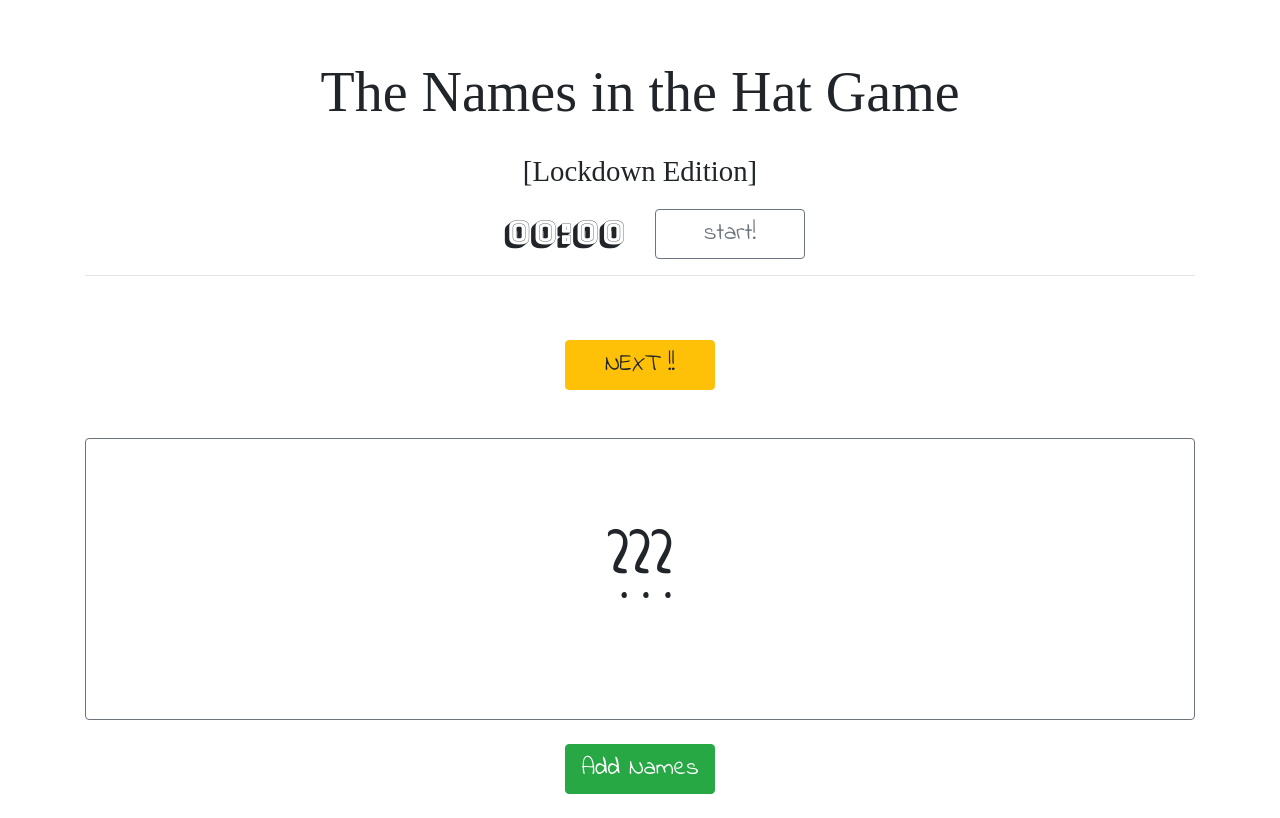
Repository: TaylorD1982/randomizer
Page: index.html
The author's editor kept a record of every edit. The page is drawn from the files as they stood at one moment, then again after the next edit.
The browser window is 1280 px wide. The pictures show the whole page.
Some web fonts or font styles are not loaded; a fallback is used. Some web libraries are served in a nearby version.

Above is the page before.
Console error: TypeError: Cannot read properties of null (reading 'addEventListener')

### index.html
<!DOCTYPE html>
<html lang="en">

<head>
    <meta charset="UTF-8">
    <meta name="viewport" content="width=device-width, initial-scale=1.0">
    <meta http-equiv="X-UA-Compatible" content="ie=edge">
    <title>The Names in the Hat Game</title>
    <link rel="icon" href="images/markk.png">
    <link href="https://fonts.googleapis.com/css2?family=Indie+Flower&display=swap" rel="stylesheet">
    <link href="https://fonts.googleapis.com/css2?family=Frijole&display=swap" rel="stylesheet">
    <link href="https://fonts.googleapis.com/css2?family=Bungee+Shade&display=swap" rel="stylesheet">
    <link rel="stylesheet" href="https://maxcdn.bootstrapcdn.com/bootstrap/4.0.0/css/bootstrap.min.css" integrity="sha384-Gn5384xqQ1aoWXA+058RXPxPg6fy4IWvTNh0E263XmFcJlSAwiGgFAW/dAiS6JXm" crossorigin="anonymous">
    <link rel="stylesheet" href="style.css">
</head>

<body>
    <div class="container">
        <div class="row app">
            <div class="col">
                <div>
                    <P class="title">The Names in the Hat Game</P>
                    <P class="lock">[Lockdown Edition]</P>
                </div>

                <div class="container">
                    <div class="row">
                        <div class="col-6 timer">
                            <div class="clock"><span class="timer-view">00:00</span></div>
                        </div>
                        <div class="col-6 button1">
                            <button class="start btn btn-outline-secondary">start!</button>
                        </div>
                    </div>
                </div>
                <hr>
                <br>
                <br>
                <button id="Button" type="button" class="btn btn-warning">
                      NEXT !!
                </button>
                <br>
                <br>
                <br>
                <div id="Answer" class="result border border-secondary rounded">
                    ???
                </div>
                <br>
                <a href="submit.html" class="btn btn-success">
                      Add Names
                </a>
                <br>
                <br>
            </div>
        </div>
    </div>
</body>
<script>
    // myArray initial content, as a global variable :
    var myArray = [
        'Michael Schumacher',
        'George W Bush',
        'Joseph Stalin',
        'John Candy',
        'Boris Johnson',
        'Angela Merkel',
        'Leonardo da Vinci',
        'Margaret Thatcher',
        'John Lennon',
        'Ironman',
        'Spiderman',
        'Batman',
        'The hulk',
        'Miles Jupp',
        'Michael Gove',
        'The Terminator',
        'Forest Gump',
        'Lassie',
        'Bob the Builder',
        'Marcelo Lippi',
        'Gareth Bale',
        'Neville Chamberlain',
        'Jim Jeffries',
        'Jan Zelezni',
        'Vijay Singh',
        'The Rock',
        'Jesus Christ',
        'James Bond',
        'Henry XIII',
        'Michael Jordan',
        'Bilbo Baggins',
        'Kezia Dugdale',
        'Mum ra',
        'Liono',
        'Skeletor',
        'He Man',
        'Optimus Prime',
        'James Bond',
        'Johnny Cash',
        'Bilbo Baggins',
        'Struan Robertson',
        'William Shakespeare ',
        'Blackadder',
        'Gandalf ',
        'George W Bush',
        'Nicola Sturgeon',
        'Tam Cowan',
        'Alan Brazil',
        'Godzilla',
        'Yuri Gagarin',
        'Donald Trump',
        'Gary Barlow ',
        'Sam Fox',
        'Jesus',
        'Lee Mack',
        'Tinchy Styder',
        'Angela Rippon ',
        'Angela Merkel ',
        'Nicola Sturgeon ',
        'Alex Cole Hamilton ',
        'Sean Duffy ',
        'D lo Brown ',
        'Gabby Logan',
        'Gabby Roslin',
        'Jim Rosenthal',
        'Jack Dee',
        'Sara Pascoe ',
        'Kate Forbes ',
        'Dawn French',
        'Jennifer Saunders',
        'Boutros Boutros ghali',
        'Michael Jordan',
        'Kim Jong-un',
        'Thomas the tank engine',
        'Usain Bolt',
        'Laura Kuenssberg',
        'Steve Jobs',
        'Limmy',
        'Emily Msitlis',
        'Fern Britton',
        'Tintin',
        'Captain Haddock ',
        'Gavin Hastings',
        'Scott Hastings ',
        'Pete Holmback',
        'Sherlock Holmes ',
        'Jonathan Ross ',
        'Johnathan Creek ',
        'Tom Barnaby',
        'John Barnaby',
        'Cully Barnaby',
        'Victoria Coren ',
        'Atticus Finch ',
        'Ian Baker Finch ',
        'Sandy Lyle ',
        'Stephen Fry',
        'Clive Anderson ',
        'Louis Theroux',
        'James Nesbitt',
        'Benedict Cumberbatch',
        'Snowball II',
        'Red Rum',
        'Mary Shelley',
        'Bamber Gasgoine',
        'Eddie Izzard',
        'Sarah Pascoe',
        'Daniel O Donnell ',
        'Dermot O Leary ',
        'Jasper Carrot',
        'Lady Gaga',
        'Beyonce',
        'Dame Vera Lynn',
        'Judy Dench',
        'Brian Cox',
        'Charlie Chaplin',
        'David Cameron',
        'Elijah Wood',
    ];

    // the event handler, randomly emptying myArray one at a time :
    document.getElementById("Button").onclick = function() {
        // check for an empty array :
        if (myArray.length > 0) {
            var optionsE = Math.floor(Math.random() * myArray.length);
            var removedE = myArray.splice(optionsE, 1);
            document.getElementById("Answer").innerHTML = removedE[0];
        }
        else {
            alert("GAME OVER!");
            window.location.href = 'index.html';
        }
    }
</script>

<script>
    const timeView = document.querySelector('.timer-view');
    const start = document.querySelector('.start');
    const moreTime = document.querySelector('.add');
    const reset = document.querySelector('.reset');

    start.addEventListener('click', function() {
        Countdown(60);
    });

    moreTime.addEventListener('click', function() {
        AddTime(5);
    });

    reset.addEventListener('click', function() {
        timeView.textContent = '00:00';
        clearTimeout(stopTime);
    });


    function Countdown(seconds) {
        this.sec = seconds;
        this.mins = seconds > 60 ? seconds / 60 : 0;

        tick();

        function tick() {
            if (this.sec > 60) {
                this.current_minutes = mins - 1;
            }
            this.sec--;
            timeView.textContent = (!this.mins ? '00' : this.current_minutes.toString()) + ':' + (this.sec < 10 ? '0' : '') + String(this.sec);
            if (this.sec > 0) {
                stopTime = setTimeout(tick, 1000);
            }
            else {
                if (this.mins > 1) {
                    countdown(this.mins - 1);
                }
            }
        }
    }

    function AddTime(seconds) {
        clearTimeout(stopTime);
        Countdown.call(this.sec, seconds);
        sec = this.sec + seconds;
    }
</script>

<script src="https://code.jquery.com/jquery-3.2.1.slim.min.js" integrity="sha384-KJ3o2DKtIkvYIK3UENzmM7KCkRr/rE9/Qpg6aAZGJwFDMVNA/GpGFF93hXpG5KkN" crossorigin="anonymous"></script>
<script src="https://cdnjs.cloudflare.com/ajax/libs/popper.js/1.12.9/umd/popper.min.js" integrity="sha384-ApNbgh9B+Y1QKtv3Rn7W3mgPxhU9K/ScQsAP7hUibX39j7fakFPskvXusvfa0b4Q" crossorigin="anonymous"></script>
<script src="https://maxcdn.bootstrapcdn.com/bootstrap/4.0.0/js/bootstrap.min.js" integrity="sha384-JZR6Spejh4U02d8jOt6vLEHfe/JQGiRRSQQxSfFWpi1MquVdAyjUar5+76PVCmYl" crossorigin="anonymous"></script>

</html>

### style.css
.app {
    padding-top: 50px;
    text-align: center;
}

.app2 {
    padding-top: 50px;
    text-align: center;
    padding-left: 100px;
    padding-right: 100px;
}

.result {
    padding-top: 80px;
    padding-bottom: 80px;
    font-family: 'Indie Flower', cursive;
    font-size: 5em;
}

.btn {
    width: 150px;
    font-family: 'Indie Flower', cursive;
    font-size: 1.5em;
}

.title {
    font-family: 'Frijole', cursive;
    font-size: 3.5em;
}

@media only screen and (max-width: 600px) {
.title {
    font-size: 2em;
}}

@media only screen and (max-width: 600px) {
.result {
    font-size: 3em;
}}

.lock {
    font-family: 'Frijole', cursive;
    font-size: 1.8em;
}

@media only screen and (max-width: 600px) {
.lock {
    font-family: 'Frijole', cursive;
    font-size: 1.2em;
}}

.app3 {
    padding-top: 50px;
    text-align: center;
    padding-left: 100px;
    padding-right: 100px;
}

@media only screen and (max-width: 600px) {
.app3 {
    padding-top: 50px;
    text-align: center;
    padding-left: 10px;
    padding-right: 10px;
}}

.clock {
    font-family: 'Bungee Shade', cursive;
    font-size: 2em;
}

.timer {
    text-align: right;
}

.button1 {
    text-align: left;
}

After the next edit:
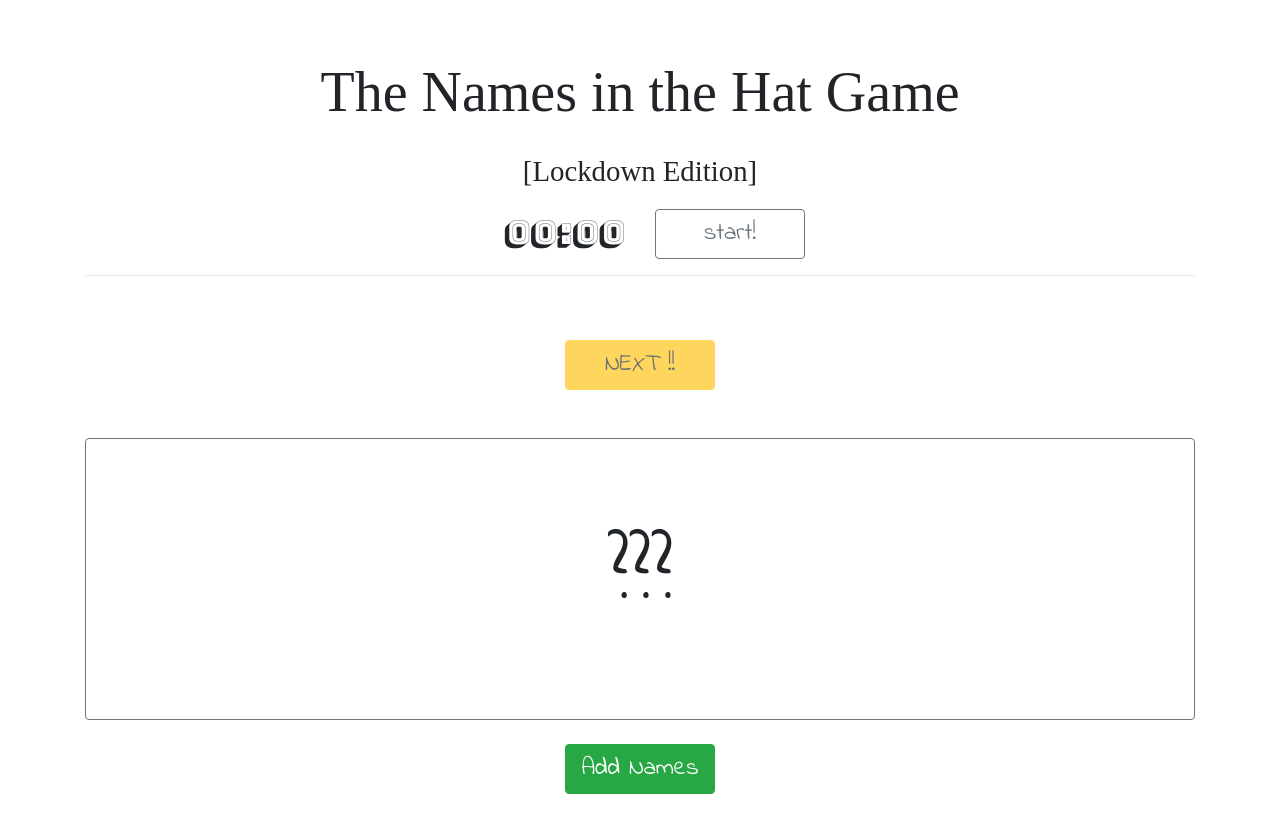
The edit:
--- a/index.html
+++ b/index.html
@@ -36,7 +36,7 @@
                 <hr>
                 <br>
                 <br>
-                <button id="Button" type="button" class="btn btn-warning">
+                <button id="Button" type="button" class="btn btn-warning disabled">
                       NEXT !!
                 </button>
                 <br>
